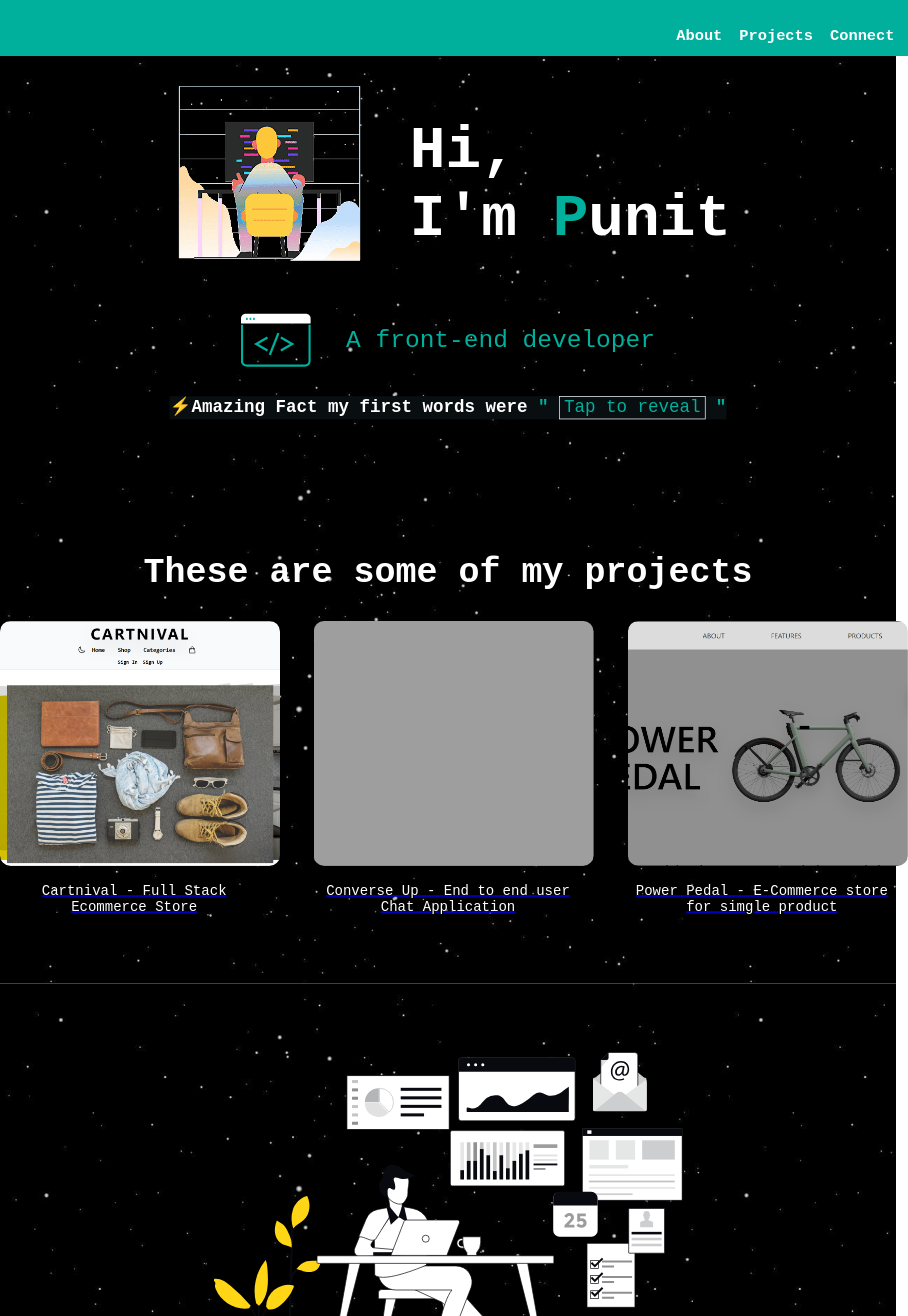
Repository: punitbathija/portfolio
Page: index.html
An editor plug-in stored every save of this project. The page is shown before and after the next save, followed by the edit.
The browser window is 1280 px wide. The page is 1297 px wide, so the pictures cover 1297 px, including what lies to the right of the window. The pictures show the part of the page from y = 0 to 1880 px (the page is 2703 px tall), at 70% of full size.
Pictures or frames that could not be fetched are drawn as grey boxes. Some web libraries are served in a nearby version.

Above is the page before, as saved 2023-05-09 17:46:45.

After the next save:
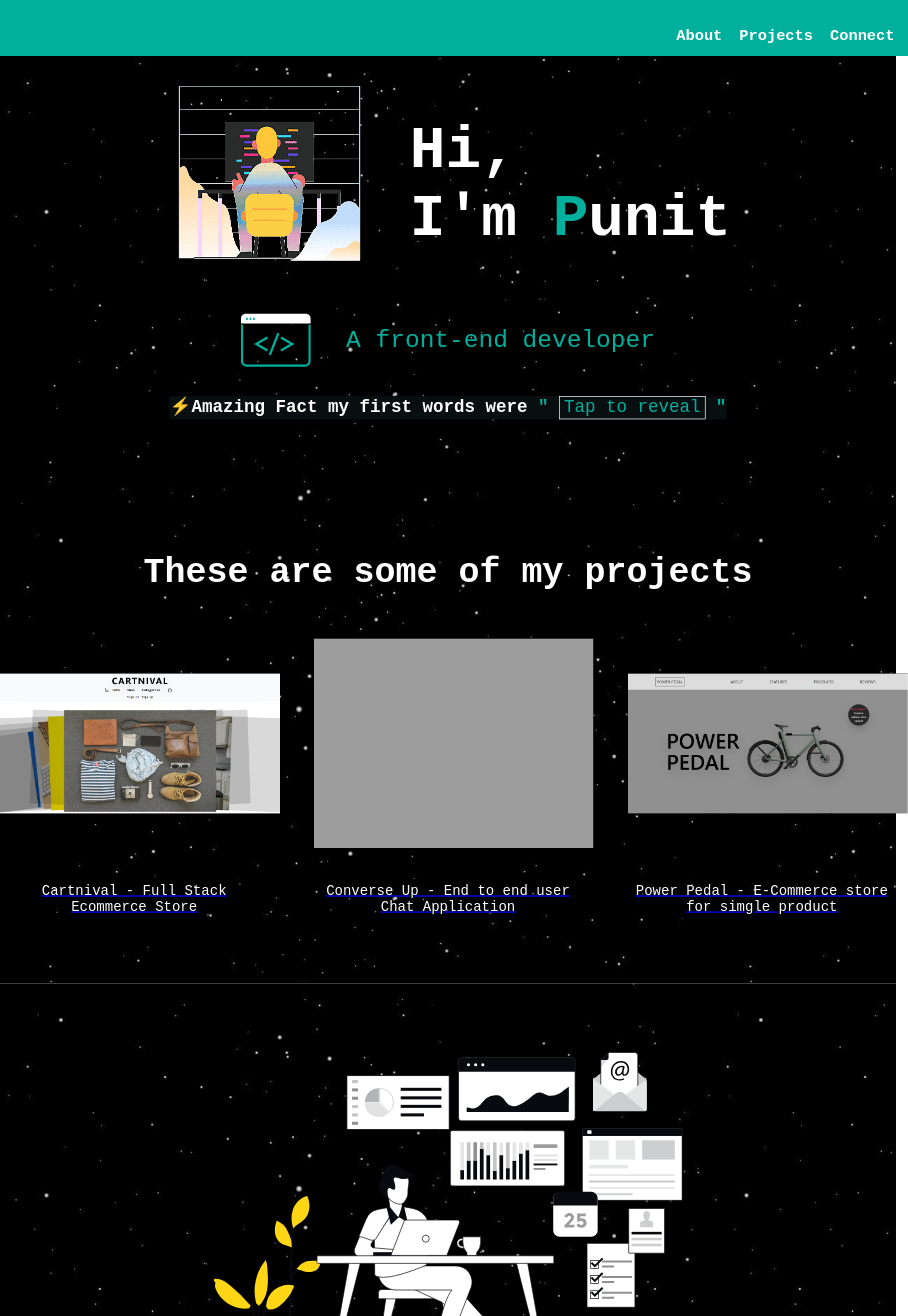
Saved 2 min 27 s later.
--- a/style.css
+++ b/style.css
@@ -134,7 +134,7 @@ h1:hover{
 
     height: 350px;
     width: 400px;
-    object-fit: cover;
+    object-fit: contain;
     background: var(--main-blue);
     border-radius: 15px;
   }
